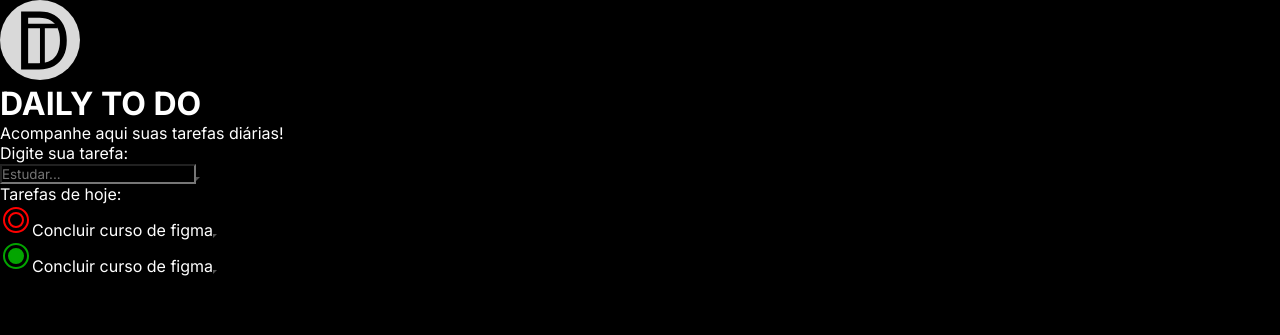
Repository: LuizAGDomingues/my-todoapp-vuejs
Page: /
The author's editor kept a copy of each file at every save. The page is drawn from the files as they stood at one save, then again after the next save.
The browser window is 1280 px wide. The pictures show the whole page.
Some icons come from a web library that is not loaded, so they are not drawn. The project was rebuilt for these pictures with package versions that can differ from the ones it lists, and the page was loaded fresh each time. Also part of the build but not shown: vite.config.ts, src/components/EditModal.vue.

Above is the page before, as saved 2022-12-07 13:41:06.

After the next save:
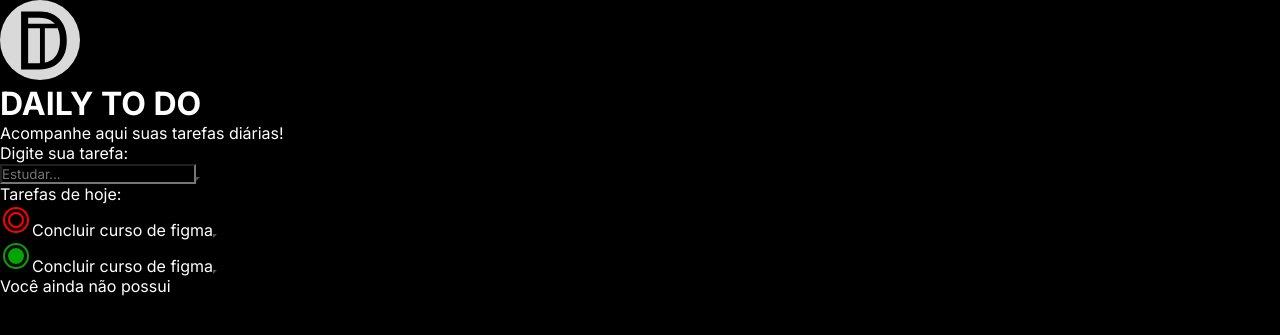
Saved 10 s later.
--- a/src/App.vue
+++ b/src/App.vue
@@ -72,8 +72,7 @@
     </section>
 
     <section class="empty">
-      <span class="empty-text">
-      </span>
+      <span class="empty-text">Você ainda não possui </span>
     </section>
 
   </div>
